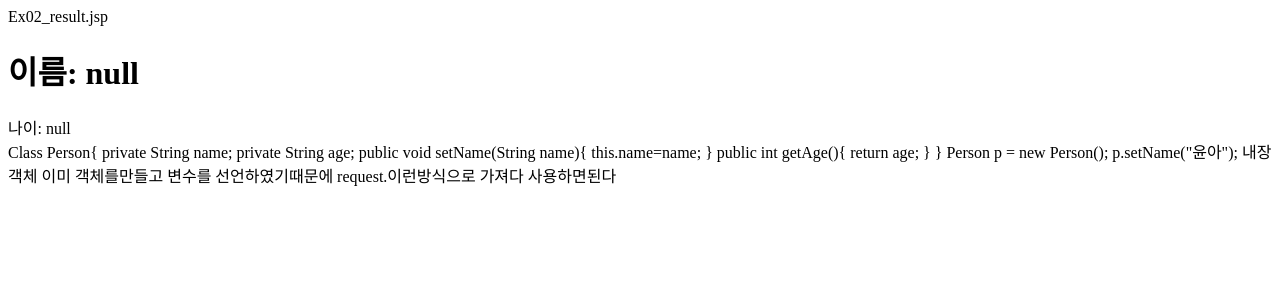
Repository: gom0109/JSP_DK
Page: http://localhost/01_Basic/02_request/Ex02_result.jsp
An editor plug-in stored every save of this project. The page is shown before and after the next save, followed by the edit.
The browser window is 1280 px wide. The pictures show the whole page.
The page is served by Tomcat 9.

Above is the page before, as saved 2021-01-19 01:47:58.

### 01_Basic/WebContent/02_request/Ex02_result.jsp
<%@ page language="java" contentType="text/html; charset=UTF-8"
    pageEncoding="UTF-8"%>

Ex02_result.jsp <br>
<!-- HttpServletRequest request = new HttpServletRequest()이런식으로 미리 객체를 만들어놓음 내장객체 -->
<%
	String name = request.getParameter("name");
	String age = request.getParameter("age");
	/* 내장객체 이미 객체를만들고 변수를 선언하였기때문에 request.이런방식으로 가져다 사용하면된다 */


%>
<h1>이름: <%=name%><br></h1>
나이: <%=age%> <br>

Class Person{
	private String name;
	private String age;

	public void setName(String name){
		this.name=name;
	}
	public int getAge(){
		return age;
	}

}

Person p = new Person();
p.setName("윤아");

내장객체 이미 객체를만들고 변수를 선언하였기때문에 request.이런방식으로 가져다 사용하면된다

After the next save:
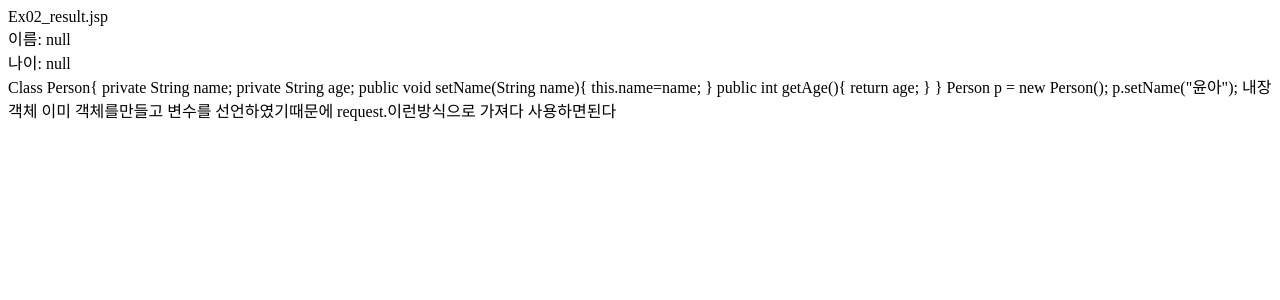
Saved 11 s later.
--- a/01_Basic/WebContent/02_request/Ex02_result.jsp
+++ b/01_Basic/WebContent/02_request/Ex02_result.jsp
@@ -10,7 +10,7 @@ Ex02_result.jsp <br>
 
 
 %>
-<h1>이름: <%=name%><br></h1>
+이름: <%=name%><br>
 나이: <%=age%> <br>
 
 Class Person{
